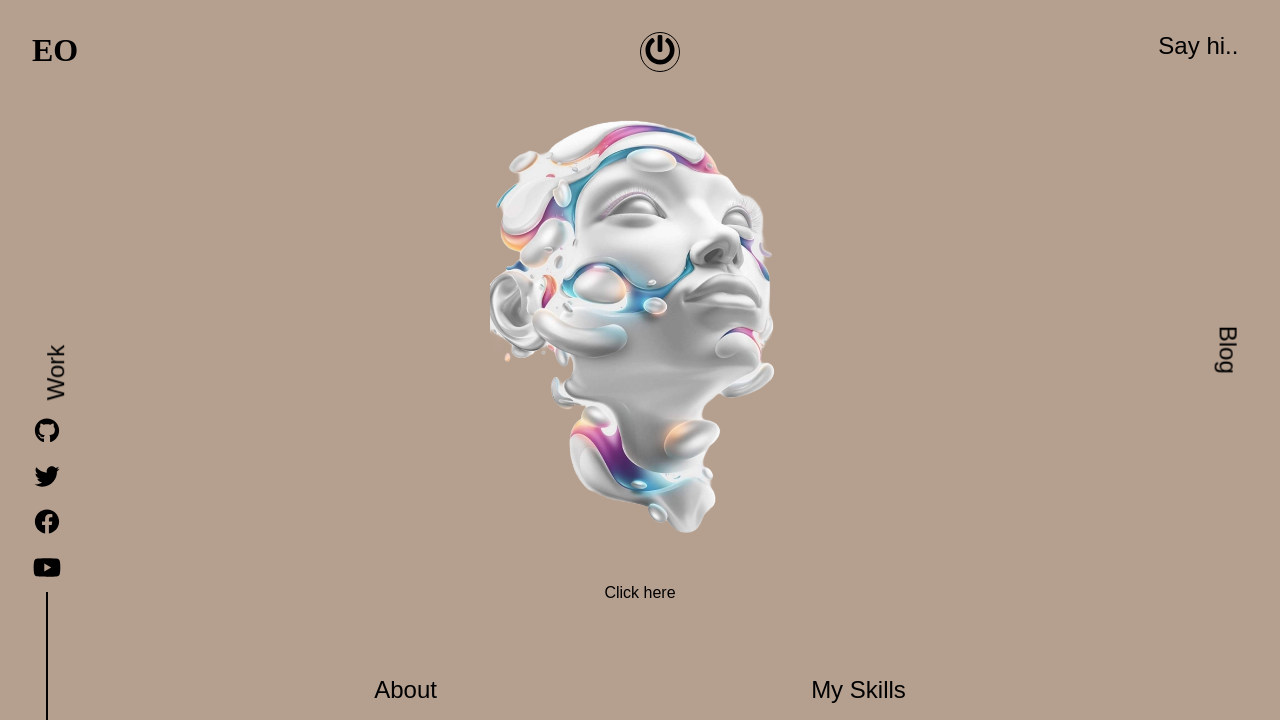
Repository: Deonorla/deon-dev
Page: /main
These files come from the project's save history. The page is drawn as it stood at one moment and after the next save; the edit follows.
The browser window is 1280 px wide. The pictures show the whole page.
The project was rebuilt for these pictures with package versions that can differ from the ones it lists, and the page was loaded fresh each time. The framework's server and built-in components were replaced by stand-ins that run in the browser. Also part of the build but not shown: next.config.ts.

Above is the page before, as saved 2025-05-28 19:20:49.

### src/app/layout.tsx
import ClientRootLayout from "./ClientRootLayout";
export const metadata = {
  title: "Deon",
  description: "Deon's personal portfolio website",
};

export default function RootLayout({
  children,
}: {
  children: React.ReactNode;
}) {
  return <ClientRootLayout>{children}</ClientRootLayout>;
}

### src/app/main/page.tsx
"use client";

import PowerButton from "@/components/Button/PowerButton";
import LogoComponent from "@/components/Minor/Logo";
import Socials from "@/components/Minor/Socials";
import { YinYang } from "@/components/Minor/SvgPack/AllSvgs";
import Image from "next/image";
import Link from "next/link";
import { useState } from "react";
import styled, { keyframes } from "styled-components";

interface Prop {
  click: boolean;
}

const MainContainer = styled.div`
  background: ${(props) => props.theme.body};
  width: 100vw;
  height: 100vh;
  overflow: hidden;
  position: relative;

  h2,
  h3,
  h4,
  h5,
  h6 {
    font-family: "Karla", sans-serif;
    font-weight: 500;
  }
`;

const Container = styled.div`
  padding: 2rem;
`;

const Contact = styled(Link)`
  color: ${(props) => props.theme.text};
  position: absolute;
  top: 2rem;

  right: calc(1rem + 2vw);
  text-decoration: none;
  z-index: 1;
`;
const Blog = styled(Link)`
  color: ${(props) => props.theme.text};
  position: absolute;
  top: 50%;
  transform: rotate(90deg) translate(-50%, -50%);
  right: calc(1rem + 2vw);
  text-decoration: none;
  z-index: 1;
`;
const Work = styled(Link)<Prop>`
  color: ${(props) => (props.click ? props.theme.body : props.theme.text)};
  position: absolute;
  top: 46%;
  transform: rotate(-90deg) translate(-50%, -50%);
  left: calc(1rem + 2vw);
  text-decoration: none;
  z-index: 1;
`;
const BottomBar = styled.div`
  position: absolute;
  bottom: 1rem;
  left: 0;
  right: 0;
  width: 100%;

  display: flex;
  justify-content: space-evenly;
`;
const About = styled(Link)<Prop>`
  color: ${(props) => (props.click ? props.theme.body : props.theme.text)};
  text-decoration: none;
  z-index: 1;
`;
const Skills = styled(Link)`
  color: ${(props) => props.theme.text};
  text-decoration: none;
  z-index: 1;
`;
// Bounce animation for the image
const bounce = keyframes`
    0%, 100% {
        transform: translateY(0);
    }
    50% {
        transform: translateY(-25px);
    }
`;

const Center = styled.button<Prop>`
  position: absolute;
  top: ${(props) => (props.click ? "85%" : "50%")};
  left: ${(props) => (props.click ? "92%" : "50%")};
  transform: translate(-50%, -50%);
  border: none;
  outline: none;
  background-color: transparent;
  cursor: pointer;

  display: flex;
  flex-direction: column;
  justify-content: center;
  align-items: center;
  transition: all 1s ease;

  & > :first-child {
    animation: ${bounce} 2s infinite;
  }

  & > :last-child {
    display: ${(props) => (props.click ? "none" : "inline-block")};
    padding-top: 1rem;
  }
`;

const LightDiv = styled.div<Prop>`
  position: absolute;
  top: 0;
  background-color: #ffffff;
  bottom: 0;
  right: 50%;
  width: ${(prop) => (prop.click ? "50%" : "0%")};
  height: ${(prop) => (prop.click ? "100%" : "0%")};
  z-index: 1;
  transition: height 0.5s ease, width 1s ease 0.5s;
`;

const Main = () => {
  const [click, setClick] = useState(false);
  const handleClick = () => setClick(!click);
  return (
    <MainContainer>
      <LightDiv click={click} />
      <Container>
        <PowerButton />
        <LogoComponent />
        <Socials theme={click ? "brown" : "light"} />
        <Center click={click}>
          <Image
            onClick={() => handleClick()}
            src="/images/head.png"
            alt="Deon Oluleye"
            width={click ? 100 : 300}
            height={click ? 150 : 450}
          />
          <span>Click here</span>
        </Center>
        <Contact target="_blank" href="mailto:deonoluleye@gmail.com">
          <h2>Say hi..</h2>
        </Contact>
        <Blog href="/blog">
          <h2>Blog</h2>
        </Blog>
        <Work href="/work" click={click}>
          <h2>Work</h2>
        </Work>
        <BottomBar>
          <About href="/about" click={click}>
            <h2>About</h2>
          </About>
          <Skills href="/skills">
            <h2>My Skills</h2>
          </Skills>
        </BottomBar>
      </Container>
    </MainContainer>
  );
};

export default Main;

### src/app/ClientRootLayout.tsx
"use client";

import { Geist, Geist_Mono } from "next/font/google";
import { ThemeProvider } from "styled-components";
import GlobalStyle from "./globalStyles";
import "../../node_modules/normalize.css";
import { lightTheme } from "@/components/Minor/theme/Themes";

const geistSans = Geist({
  variable: "--font-geist-sans",
  subsets: ["latin"],
});

const geistMono = Geist_Mono({
  variable: "--font-geist-mono",
  subsets: ["latin"],
});

export default function ClientRootLayout({
  children,
}: {
  children: React.ReactNode;
}) {
  return (
    <html lang="en">
      <body>
        <ThemeProvider theme={lightTheme}>
          <GlobalStyle />
          {children}
        </ThemeProvider>
      </body>
    </html>
  );
}

### src/components/Button/PowerButton/index.tsx
"use client";
import { PowerBtn } from "@/components/Minor/SvgPack/AllSvgs";
import Image from "next/image";
import Link from "next/link";
import styled from "styled-components";

const Power = styled.button`
  position: fixed;
  top: 2rem;
  left: 50%;
  transform: translateX(-50%, 0);

  background-color: #b59f8f;
  padding: 0.3rem;
  border-radius: 50%;
  border: 1px solid #000;
  width: 2.5rem;
  height: 2.5rem;

  display: flex;
  justify-content: center;
  align-items: center;
  z-index: 3;

  cursor: pointer;

  &:hover {
    background-color: rgba(0, 255, 0, 0.4);
    box-shadow: 0 0 8px 6px rgba(0, 255, 0, 0.2);
  }

  & > *:first-child {
    text-decoration: none;
    color: inherit;
  }
`;

const PowerButton = () => {
  return (
    <Power>
      <Link href="/">
        <PowerBtn width={30} height={30} fill="currentColor" />
      </Link>
    </Power>
  );
};

export default PowerButton;

### src/components/Minor/Logo/index.tsx
import React from "react";
import styled from "styled-components";

const Logo = styled.h1`
  display: inline-block;
  color: ${(prop) => prop.theme.text};
  font-family: "pacifico", cursive;

  position: fixed;
  left: 2rem;
  top: 2rem;
  z-index: 3;
`;

const LogoComponent = () => {
  return (
    <div>
      <Logo>EO</Logo>
    </div>
  );
};

export default LogoComponent;

### src/components/Minor/Socials/index.tsx
import Link from "next/link";
import React from "react";
import styled from "styled-components";
import { Facebook, Github, Twitter, YouTube } from "../SvgPack/AllSvgs";
import { brownTheme } from "../theme/Themes";
interface props {
  theme: string;
}

const Icons = styled.div`
  display: flex;
  flex-direction: column;
  align-items: center;

  position: fixed;
  bottom: 0;
  left: 2rem;

  z-index: 3;

  & > *:not(:last-child) {
    margin: 0.5rem 0;
  }
`;

const Line = styled.span<props>`
  width: 2px;
  height: 8rem;
  background-color: ${(props) =>
    props.color === "brown" ? brownTheme.text : brownTheme.body};
`;

const Socials = ({ theme }: props) => {
  return (
    <Icons>
      <div>
        <Link
          style={{ color: "inherit" }}
          target="_blank"
          href="https://github.com/deonorla"
        >
          <Github
            width={30}
            height={25}
            fill={theme === "brown" ? brownTheme.text : brownTheme.body}
          />
        </Link>
      </div>
      <div>
        <Link
          style={{ color: "inherit" }}
          target="_blank"
          href="https://x.com/DeonAtricks"
        >
          <Twitter
            width={30}
            height={25}
            fill={theme === "brown" ? brownTheme.text : brownTheme.body}
          />
        </Link>
      </div>
      <div>
        <Link style={{ color: "inherit" }} target="_blank" href="https://">
          <Facebook
            width={30}
            height={25}
            fill={theme === "brown" ? brownTheme.text : brownTheme.body}
          />
        </Link>
      </div>
      <div>
        <Link style={{ color: "inherit" }} target="_blank" href="https://">
          <YouTube
            width={30}
            height={25}
            fill={theme === "brown" ? brownTheme.text : brownTheme.body}
          />
        </Link>
      </div>
      <Line color={theme} />
    </Icons>
  );
};

export default Socials;

### src/app/globalStyles.ts
import { createGlobalStyle } from "styled-components";

const GlobalStyle = createGlobalStyle`

*,*::before,*::after, h1, h2, h3, h4, h5, h6 {
  margin: 0;
  padding: 0;
}

h1, h2, h3, h4, h5, h6 {
display: inline-block;
}

body {
    margin: 0;
    padding: 0;
    overflow-x: hidden;
    font-family: "Source Sans Pro", sans-serif;
 }
`;

export default GlobalStyle;

### src/components/Minor/theme/Themes.ts
export interface MyTheme {
  body: string;
  text: string;
  fontFamily: string;
  bodyRgba: string;
  textRgba: string;
}

export const lightTheme = {
  body: "#B59F8F",
  text: "#000000",
  fontFamily: "'Source Sans Pro', sans-serif",
  bodyRgba: "252, 246, 244",
  textRgba: "0,0,0",
};

export const brownTheme = {
  body: "#000000",
  text: "#B59F8F",
  fontFamily: "'Source Sans Pro', sans-serif",
  bodyRgba: "0,0,0",
  textRgba: "252, 246, 244",
};
// #B59F8F;

### src/components/Minor/SvgPack/AllSvgs.tsx
// components/PowerBtn.tsx
import React from "react";

interface Props extends React.SVGProps<SVGSVGElement> {
  fill?: string;
}

export const PowerBtn: React.FC<Props> = (props) => {
  return (
    <svg
      aria-hidden="true"
      data-prefix="fas"
      data-icon="power-off"
      className="svg-inline--fa fa-power-off fa-w-16"
      xmlns="http://www.w3.org/2000/svg"
      viewBox="0 0 512 512"
      {...props}
    >
      <path
        fill={props.fill || "currentColor"}
        d="M400 54.1c63 45 104 118.6 104 201.9 0 136.8-110.8 247.7-247.5 248C120 504.3 8.2 393 8 256.4 7.9 173.1 48.9 99.3 111.8 54.2c11.7-8.3 28-4.8 35 7.7L162.6 90c5.9 10.5 3.1 23.8-6.6 31-41.5 30.8-68 79.6-68 134.9-.1 92.3 74.5 168.1 168 168.1 91.6 0 168.6-74.2 168-169.1-.3-51.8-24.7-101.8-68.1-134-9.7-7.2-12.4-20.5-6.5-30.9l15.8-28.1c7-12.4 23.2-16.1 34.8-7.8zM296 264V24c0-13.3-10.7-24-24-24h-32c-13.3 0-24 10.7-24 24v240c0 13.3 10.7 24 24 24h32c13.3 0 24-10.7 24-24z"
      />
    </svg>
  );
};

export const Github: React.FC<Props> = (props) => {
  return (
    <svg
      aria-hidden="true"
      data-prefix="fab"
      data-icon="github"
      className="prefix__svg-inline--fa prefix__fa-github prefix__fa-w-16"
      xmlns="http://www.w3.org/2000/svg"
      viewBox="0 0 496 512"
      {...props}
    >
      <path
        fill={props.fill}
        d="M165.9 397.4c0 2-2.3 3.6-5.2 3.6-3.3.3-5.6-1.3-5.6-3.6 0-2 2.3-3.6 5.2-3.6 3-.3 5.6 1.3 5.6 3.6zm-31.1-4.5c-.7 2 1.3 4.3 4.3 4.9 2.6 1 5.6 0 6.2-2s-1.3-4.3-4.3-5.2c-2.6-.7-5.5.3-6.2 2.3zm44.2-1.7c-2.9.7-4.9 2.6-4.6 4.9.3 2 2.9 3.3 5.9 2.6 2.9-.7 4.9-2.6 4.6-4.6-.3-1.9-3-3.2-5.9-2.9zM244.8 8C106.1 8 0 113.3 0 252c0 110.9 69.8 205.8 169.5 239.2 12.8 2.3 17.3-5.6 17.3-12.1 0-6.2-.3-40.4-.3-61.4 0 0-70 15-84.7-29.8 0 0-11.4-29.1-27.8-36.6 0 0-22.9-15.7 1.6-15.4 0 0 24.9 2 38.6 25.8 21.9 38.6 58.6 27.5 72.9 20.9 2.3-16 8.8-27.1 16-33.7-55.9-6.2-112.3-14.3-112.3-110.5 0-27.5 7.6-41.3 23.6-58.9-2.6-6.5-11.1-33.3 2.6-67.9 20.9-6.5 69 27 69 27 20-5.6 41.5-8.5 62.8-8.5s42.8 2.9 62.8 8.5c0 0 48.1-33.6 69-27 13.7 34.7 5.2 61.4 2.6 67.9 16 17.7 25.8 31.5 25.8 58.9 0 96.5-58.9 104.2-114.8 110.5 9.2 7.9 17 22.9 17 46.4 0 33.7-.3 75.4-.3 83.6 0 6.5 4.6 14.4 17.3 12.1C428.2 457.8 496 362.9 496 252 496 113.3 383.5 8 244.8 8zM97.2 352.9c-1.3 1-1 3.3.7 5.2 1.6 1.6 3.9 2.3 5.2 1 1.3-1 1-3.3-.7-5.2-1.6-1.6-3.9-2.3-5.2-1zm-10.8-8.1c-.7 1.3.3 2.9 2.3 3.9 1.6 1 3.6.7 4.3-.7.7-1.3-.3-2.9-2.3-3.9-2-.6-3.6-.3-4.3.7zm32.4 35.6c-1.6 1.3-1 4.3 1.3 6.2 2.3 2.3 5.2 2.6 6.5 1 1.3-1.3.7-4.3-1.3-6.2-2.2-2.3-5.2-2.6-6.5-1zm-11.4-14.7c-1.6 1-1.6 3.6 0 5.9 1.6 2.3 4.3 3.3 5.6 2.3 1.6-1.3 1.6-3.9 0-6.2-1.4-2.3-4-3.3-5.6-2z"
      />
    </svg>
  );
};

export const Twitter: React.FC<Props> = (props) => {
  return (
    <svg
      aria-hidden="true"
      data-prefix="fab"
      data-icon="twitter"
      className="prefix__svg-inline--fa prefix__fa-twitter prefix__fa-w-16"
      xmlns="http://www.w3.org/2000/svg"
      viewBox="0 0 512 512"
      {...props}
    >
      <path
        fill={props.fill}
        d="M459.37 151.716c.325 4.548.325 9.097.325 13.645 0 138.72-105.583 298.558-298.558 298.558-59.452 0-114.68-17.219-161.137-47.106 8.447.974 16.568 1.299 25.34 1.299 49.055 0 94.213-16.568 130.274-44.832-46.132-.975-84.792-31.188-98.112-72.772 6.498.974 12.995 1.624 19.818 1.624 9.421 0 18.843-1.3 27.614-3.573-48.081-9.747-84.143-51.98-84.143-102.985v-1.299c13.969 7.797 30.214 12.67 47.431 13.319-28.264-18.843-46.781-51.005-46.781-87.391 0-19.492 5.197-37.36 14.294-52.954 51.655 63.675 129.3 105.258 216.365 109.807-1.624-7.797-2.599-15.918-2.599-24.04 0-57.828 46.782-104.934 104.934-104.934 30.213 0 57.502 12.67 76.67 33.137 23.715-4.548 46.456-13.32 66.599-25.34-7.798 24.366-24.366 44.833-46.132 57.827 21.117-2.273 41.584-8.122 60.426-16.243-14.292 20.791-32.161 39.308-52.628 54.253z"
      />
    </svg>
  );
};

export const Facebook: React.FC<Props> = (props) => {
  return (
    <svg
      aria-hidden="true"
      data-prefix="fab"
      data-icon="facebook"
      className="prefix__svg-inline--fa prefix__fa-facebook prefix__fa-w-16"
      xmlns="http://www.w3.org/2000/svg"
      viewBox="0 0 512 512"
      {...props}
    >
      <path
        fill={props.fill}
        d="M504 256C504 119 393 8 256 8S8 119 8 256c0 123.78 90.69 226.38 209.25 245V327.69h-63V256h63v-54.64c0-62.15 37-96.48 93.67-96.48 27.14 0 55.52 4.84 55.52 4.84v61h-31.28c-30.8 0-40.41 19.12-40.41 38.73V256h68.78l-11 71.69h-57.78V501C413.31 482.38 504 379.78 504 256z"
      />
    </svg>
  );
};

export const YouTube: React.FC<Props> = (props) => {
  return (
    <svg
      aria-hidden="true"
      data-prefix="fab"
      data-icon="youtube"
      className="prefix__svg-inline--fa prefix__fa-youtube prefix__fa-w-18"
      xmlns="http://www.w3.org/2000/svg"
      viewBox="0 0 576 512"
      {...props}
    >
      <path
        fill={props.fill}
        d="M549.655 124.083c-6.281-23.65-24.787-42.276-48.284-48.597C458.781 64 288 64 288 64S117.22 64 74.629 75.486c-23.497 6.322-42.003 24.947-48.284 48.597-11.412 42.867-11.412 132.305-11.412 132.305s0 89.438 11.412 132.305c6.281 23.65 24.787 41.5 48.284 47.821C117.22 448 288 448 288 448s170.78 0 213.371-11.486c23.497-6.321 42.003-24.171 48.284-47.821 11.412-42.867 11.412-132.305 11.412-132.305s0-89.438-11.412-132.305zm-317.51 213.508V175.185l142.739 81.205-142.739 81.201z"
      />
    </svg>
  );
};

export const YinYang: React.FC<Props> = (props) => {
  return (
    <svg
      aria-hidden="true"
      data-prefix="fas"
      data-icon="yin-yang"
      className="prefix__svg-inline--fa prefix__fa-yin-yang prefix__fa-w-16"
      xmlns="http://www.w3.org/2000/svg"
      viewBox="0 0 496 512"
      {...props}
    >
      <path
        fill={props.fill}
        d="M248 8C111.03 8 0 119.03 0 256s111.03 248 248 248 248-111.03 248-248S384.97 8 248 8zm0 376c-17.67 0-32-14.33-32-32s14.33-32 32-32 32 14.33 32 32-14.33 32-32 32zm0-128c-53.02 0-96 42.98-96 96s42.98 96 96 96c-106.04 0-192-85.96-192-192S141.96 64 248 64c53.02 0 96 42.98 96 96s-42.98 96-96 96zm0-128c-17.67 0-32 14.33-32 32s14.33 32 32 32 32-14.33 32-32-14.33-32-32-32z"
      />
    </svg>
  );
};

export const Anchor: React.FC<Props> = (props) => {
  return (
    <svg
      aria-hidden="true"
      data-prefix="fas"
      data-icon="anchor"
      className="prefix__svg-inline--fa prefix__fa-anchor prefix__fa-w-18"
      xmlns="http://www.w3.org/2000/svg"
      viewBox="0 0 576 512"
      {...props}
    >
      <path
        fill={props.fill}
        d="M12.971 352h32.394C67.172 454.735 181.944 512 288 512c106.229 0 220.853-57.38 242.635-160h32.394c10.691 0 16.045-12.926 8.485-20.485l-67.029-67.029c-4.686-4.686-12.284-4.686-16.971 0l-67.029 67.029c-7.56 7.56-2.206 20.485 8.485 20.485h35.146c-20.29 54.317-84.963 86.588-144.117 94.015V256h52c6.627 0 12-5.373 12-12v-40c0-6.627-5.373-12-12-12h-52v-5.47c37.281-13.178 63.995-48.725 64-90.518C384.005 43.772 341.605.738 289.37.01 235.723-.739 192 42.525 192 96c0 41.798 26.716 77.35 64 90.53V192h-52c-6.627 0-12 5.373-12 12v40c0 6.627 5.373 12 12 12h52v190.015c-58.936-7.399-123.82-39.679-144.117-94.015h35.146c10.691 0 16.045-12.926 8.485-20.485l-67.029-67.029c-4.686-4.686-12.284-4.686-16.971 0L4.485 331.515C-3.074 339.074 2.28 352 12.971 352zM288 64c17.645 0 32 14.355 32 32s-14.355 32-32 32-32-14.355-32-32 14.355-32 32-32z"
      />
    </svg>
  );
};

export const Link: React.FC<Props> = (props) => {
  return (
    <svg
      aria-hidden="true"
      data-prefix="fas"
      data-icon="link"
      className="prefix__svg-inline--fa prefix__fa-link prefix__fa-w-16"
      xmlns="http://www.w3.org/2000/svg"
      viewBox="0 0 512 512"
      {...props}
    >
      <path
        fill={props.fill}
        d="M326.612 185.391c59.747 59.809 58.927 155.698.36 214.59-.11.12-.24.25-.36.37l-67.2 67.2c-59.27 59.27-155.699 59.262-214.96 0-59.27-59.26-59.27-155.7 0-214.96l37.106-37.106c9.84-9.84 26.786-3.3 27.294 10.606.648 17.722 3.826 35.527 9.69 52.721 1.986 5.822.567 12.262-3.783 16.612l-13.087 13.087c-28.026 28.026-28.905 73.66-1.155 101.96 28.024 28.579 74.086 28.749 102.325.51l67.2-67.19c28.191-28.191 28.073-73.757 0-101.83-3.701-3.694-7.429-6.564-10.341-8.569a16.037 16.037 0 01-6.947-12.606c-.396-10.567 3.348-21.456 11.698-29.806l21.054-21.055c5.521-5.521 14.182-6.199 20.584-1.731a152.482 152.482 0 0120.522 17.197zM467.547 44.449c-59.261-59.262-155.69-59.27-214.96 0l-67.2 67.2c-.12.12-.25.25-.36.37-58.566 58.892-59.387 154.781.36 214.59a152.454 152.454 0 0020.521 17.196c6.402 4.468 15.064 3.789 20.584-1.731l21.054-21.055c8.35-8.35 12.094-19.239 11.698-29.806a16.037 16.037 0 00-6.947-12.606c-2.912-2.005-6.64-4.875-10.341-8.569-28.073-28.073-28.191-73.639 0-101.83l67.2-67.19c28.239-28.239 74.3-28.069 102.325.51 27.75 28.3 26.872 73.934-1.155 101.96l-13.087 13.087c-4.35 4.35-5.769 10.79-3.783 16.612 5.864 17.194 9.042 34.999 9.69 52.721.509 13.906 17.454 20.446 27.294 10.606l37.106-37.106c59.271-59.259 59.271-155.699.001-214.959z"
      />
    </svg>
  );
};

export const Design: React.FC<Props> = (props) => {
  return (
    <svg
      aria-hidden="true"
      data-prefix="fas"
      data-icon="palette"
      className="prefix__svg-inline--fa prefix__fa-palette prefix__fa-w-16"
      xmlns="http://www.w3.org/2000/svg"
      viewBox="0 0 512 512"
      {...props}
    >
      <path
        fill={props.fill}
        d="M204.3 5C104.9 24.4 24.8 104.3 5.2 203.4c-37 187 131.7 326.4 258.8 306.7 41.2-6.4 61.4-54.6 42.5-91.7-23.1-45.4 9.9-98.4 60.9-98.4h79.7c35.8 0 64.8-29.6 64.9-65.3C511.5 97.1 368.1-26.9 204.3 5zM96 320c-17.7 0-32-14.3-32-32s14.3-32 32-32 32 14.3 32 32-14.3 32-32 32zm32-128c-17.7 0-32-14.3-32-32s14.3-32 32-32 32 14.3 32 32-14.3 32-32 32zm128-64c-17.7 0-32-14.3-32-32s14.3-32 32-32 32 14.3 32 32-14.3 32-32 32zm128 64c-17.7 0-32-14.3-32-32s14.3-32 32-32 32 14.3 32 32-14.3 32-32 32z"
      />
    </svg>
  );
};

export const Developer: React.FC<Props> = (props) => {
  return (
    <svg
      aria-hidden="true"
      data-prefix="fas"
      data-icon="laptop-code"
      className="prefix__svg-inline--fa prefix__fa-laptop-code prefix__fa-w-20"
      xmlns="http://www.w3.org/2000/svg"
      viewBox="0 0 640 512"
      {...props}
    >
      <path
        fill={props.fill}
        d="M255.03 261.65c6.25 6.25 16.38 6.25 22.63 0l11.31-11.31c6.25-6.25 6.25-16.38 0-22.63L253.25 192l35.71-35.72c6.25-6.25 6.25-16.38 0-22.63l-11.31-11.31c-6.25-6.25-16.38-6.25-22.63 0l-58.34 58.34c-6.25 6.25-6.25 16.38 0 22.63l58.35 58.34zm96.01-11.3l11.31 11.31c6.25 6.25 16.38 6.25 22.63 0l58.34-58.34c6.25-6.25 6.25-16.38 0-22.63l-58.34-58.34c-6.25-6.25-16.38-6.25-22.63 0l-11.31 11.31c-6.25 6.25-6.25 16.38 0 22.63L386.75 192l-35.71 35.72c-6.25 6.25-6.25 16.38 0 22.63zM624 416H381.54c-.74 19.81-14.71 32-32.74 32H288c-18.69 0-33.02-17.47-32.77-32H16c-8.8 0-16 7.2-16 16v16c0 35.2 28.8 64 64 64h512c35.2 0 64-28.8 64-64v-16c0-8.8-7.2-16-16-16zM576 48c0-26.4-21.6-48-48-48H112C85.6 0 64 21.6 64 48v336h512V48zm-64 272H128V64h384v256z"
      />
    </svg>
  );
};

After the next save:
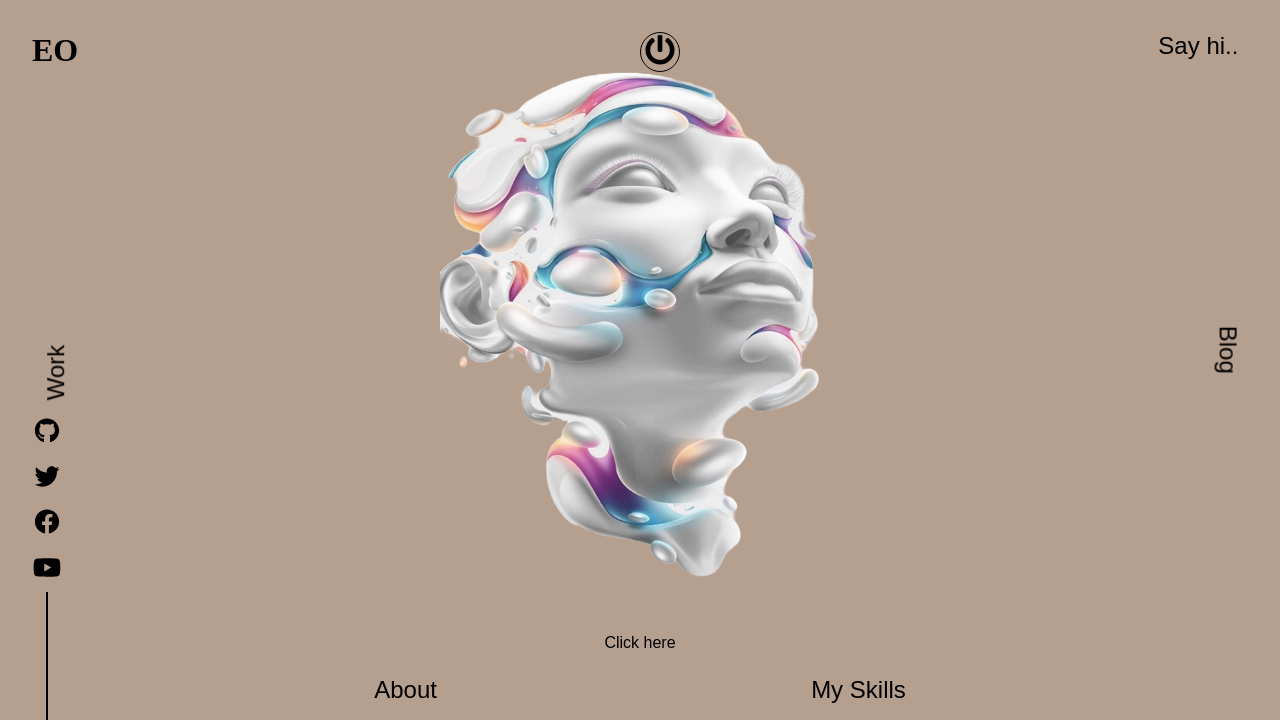
Saved 2 h 58 min later.
--- a/src/app/main/page.tsx
+++ b/src/app/main/page.tsx
@@ -144,8 +144,8 @@
             onClick={() => handleClick()}
             src="/images/head.png"
             alt="Deon Oluleye"
-            width={click ? 100 : 300}
-            height={click ? 150 : 450}
+            width={click ? 100 : 400}
+            height={click ? 150 : 550}
           />
           <span>Click here</span>
         </Center>

After the save that followed:
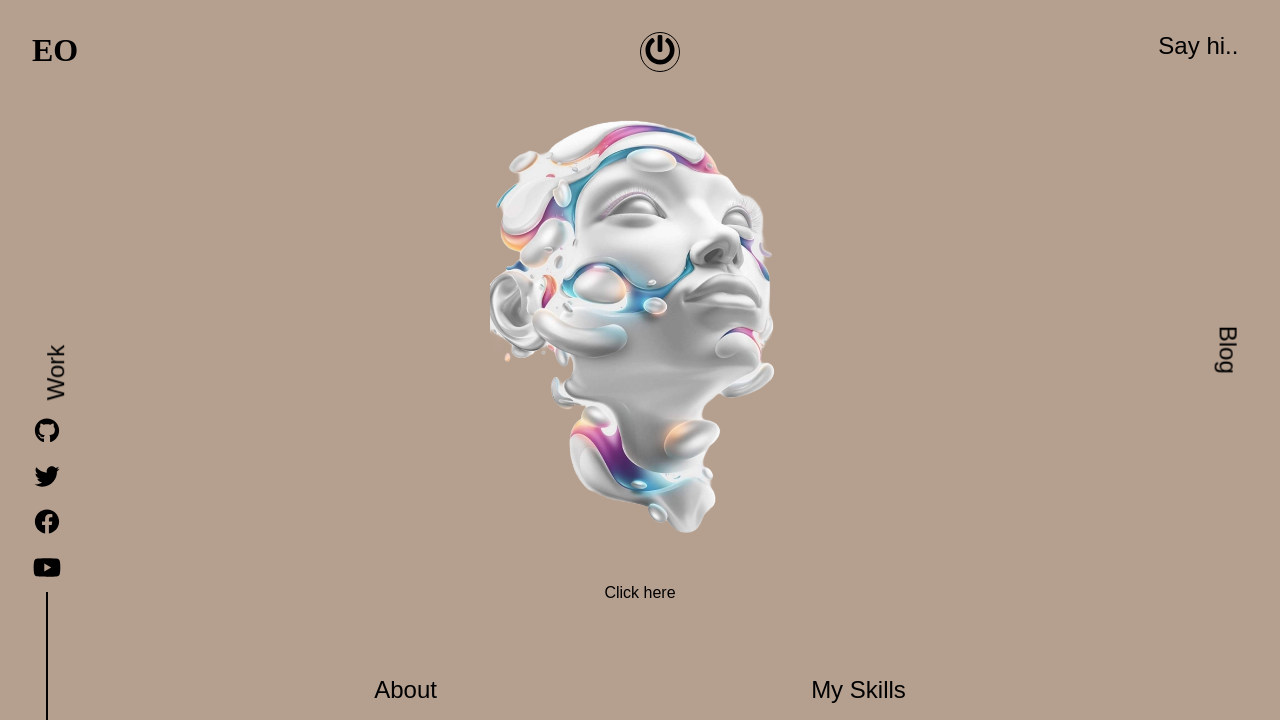
Saved 112 s later.
--- a/src/app/main/page.tsx
+++ b/src/app/main/page.tsx
@@ -144,8 +144,8 @@
             onClick={() => handleClick()}
             src="/images/head.png"
             alt="Deon Oluleye"
-            width={click ? 100 : 400}
-            height={click ? 150 : 550}
+            width={click ? 100 : 300}
+            height={click ? 150 : 450}
           />
           <span>Click here</span>
         </Center>
